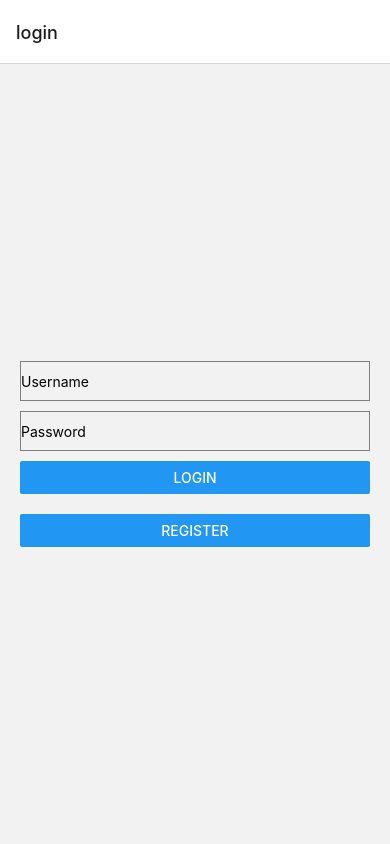
Repository: RidenShogunei/reactnative--make-an-app
Screen: / (app in Myapp/)
These files come from the project's save history. The screen is drawn as it stood at one moment and after a run of saves; the edit follows.
The app was drawn by React Native's web renderer in a window 390 px wide. The project was rebuilt for these pictures with package versions that can differ from the ones it lists, and the page was loaded fresh each time. Also part of the build but not shown: Myapp/pages/register.jsx.

Above is the screen before, as saved 2024-04-20 19:16:15.

### Myapp/App.js
import { NavigationContainer } from '@react-navigation/native';
import { createStackNavigator } from '@react-navigation/stack';

const Stack = createStackNavigator();
import Login from './pages/login'
import Register from './pages/register'
function App() {
  return (
    <NavigationContainer>
      <Stack.Navigator initialRouteName="Home">
        <Stack.Screen name="login" component={Login} />
        <Stack.Screen name="register" component={Register} />
      </Stack.Navigator>
    </NavigationContainer>
  );
}

export default App;

### Myapp/pages/login.jsx
// Login.jsx
import React, { useState } from 'react';
import { View, TextInput, Button, StyleSheet } from 'react-native';
import { useNavigation } from '@react-navigation/native';

const Login = () => {
  const [username, setUsername] = useState('');
  const [password, setPassword] = useState('');
  const navigation = useNavigation();

  const handleLogin = () => {
    // 这里应该进行登录的逻辑处理
    // 如果登录成功，可以导航到其他界面
  };

  return (
    <View style={styles.container}>
      <TextInput
        style={styles.input}
        placeholder="Username"
        value={username}
        onChangeText={setUsername}
      />
      <TextInput
        style={styles.input}
        placeholder="Password"
        secureTextEntry
        value={password}
        onChangeText={setPassword}
      />

    <View style={styles.buttonContainer}>
      <Button title="Login" onPress={handleLogin} />
      <View style={styles.spacingView}/>
      <Button title="Register" onPress={() => navigation.navigate('register')}/>
    </View>
    </View>
  );
};

const styles = StyleSheet.create({
  container: { flex: 1, padding: 20, justifyContent: 'center' },
  input: { height: 40, borderColor: 'gray', borderWidth: 1, marginBottom: 10 },
  buttonContainer: {
    justifyContent: 'center',
  },
  spacingView: {
    height: 20, // 调整这个值可以改变按钮之间的距离
  }
});
export default Login;

After the next 3 saves:
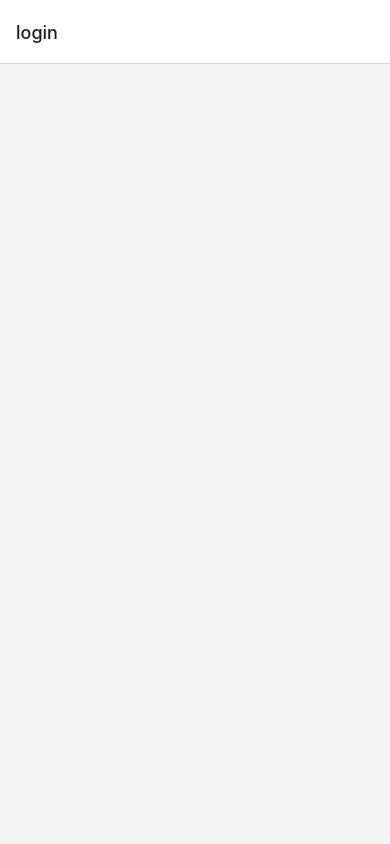
The 3 saves are shown as one change because 1 did not build or start and some came seconds apart.
The last was saved 74 s later.
--- a/Myapp/App.js
+++ b/Myapp/App.js
@@ -8,7 +8,7 @@
   return (
     <NavigationContainer>
       <Stack.Navigator initialRouteName="Home">
-        <Stack.Screen name="login" component={Login} />
+        <Stack.Screen name="login" component={'登录'} />
         <Stack.Screen name="register" component={Register} />
       </Stack.Navigator>
     </NavigationContainer>

After the save that followed:
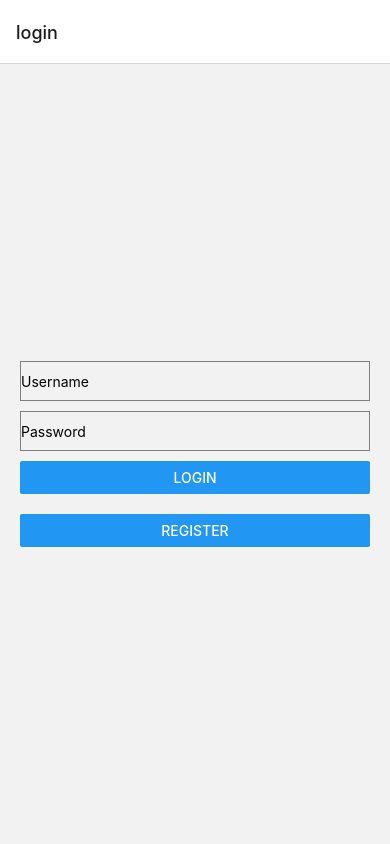
Saved 8 s later.
--- a/Myapp/App.js
+++ b/Myapp/App.js
@@ -8,7 +8,7 @@
   return (
     <NavigationContainer>
       <Stack.Navigator initialRouteName="Home">
-        <Stack.Screen name="login" component={'登录'} />
+        <Stack.Screen name="login" component={Login} />
         <Stack.Screen name="register" component={Register} />
       </Stack.Navigator>
     </NavigationContainer>
